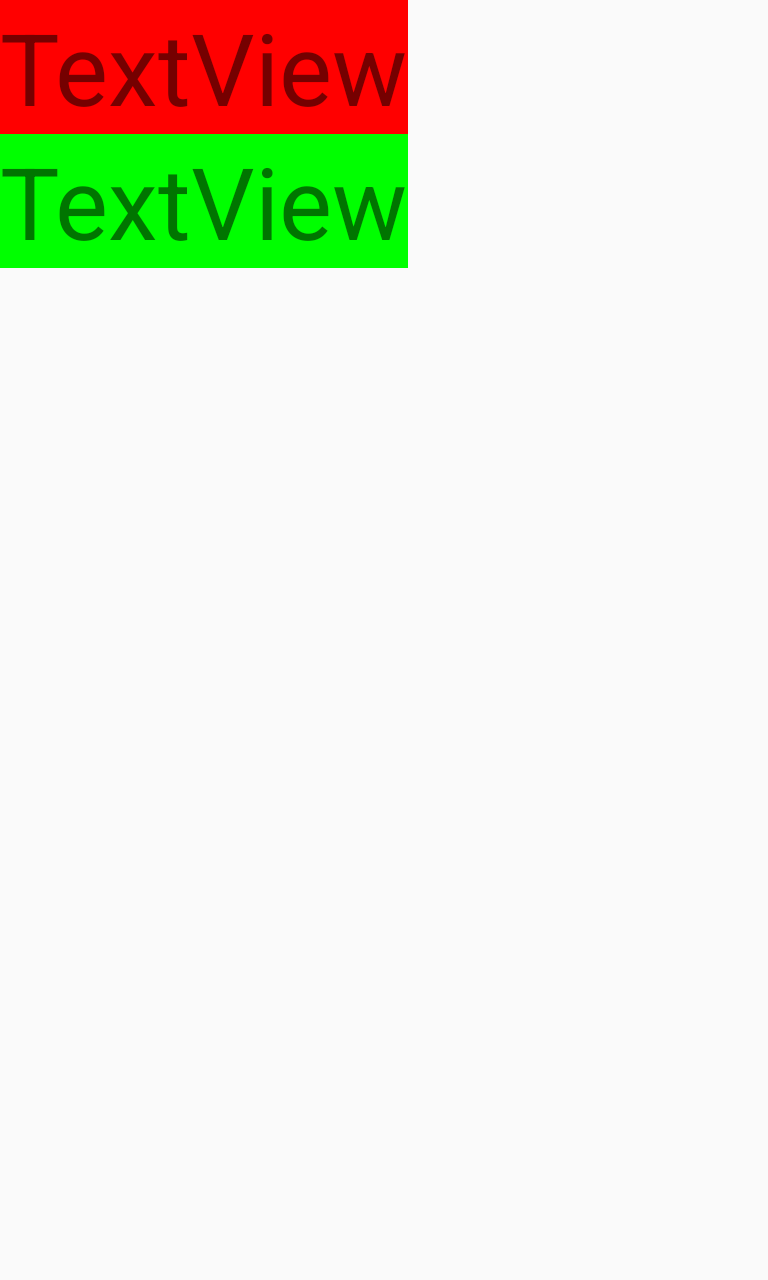
Repository: anqiongdy/androidworkspace
Layout: Layout/res/layout/first_layout.xml
These files come from the project's save history. The layout is drawn as it stood at one moment and after the next save; the edit follows.
It is drawn on a 768 x 1280 px phone screen (xhdpi) without system bars, with theme AppTheme; the app's code is not run.

Above is the layout before, as saved 2014-05-03 13:55:19.

### Layout/res/layout/first_layout.xml
<?xml version="1.0" encoding="utf-8"?>
<LinearLayout xmlns:android="http://schemas.android.com/apk/res/android"
    android:layout_width="match_parent"
    android:layout_height="match_parent"
    android:orientation="vertical" >
    <TextView
        android:layout_width="wrap_content"
        android:layout_height="wrap_content"
        android:background="#FF0000"
        android:textSize="50dp"
        android:text="TextView"/>

        <TextView
        android:layout_width="wrap_content"
        android:layout_height="wrap_content"
        android:background="#00FF00"
        android:textSize="50sp"
        android:text="TextView"/>

</LinearLayout>

Loaded but not shown: Layout/res/values/styles.xml (common file); Layout/res/values-v11/styles.xml (common file); Layout/res/values-v14/styles.xml (common file)

After the next save:
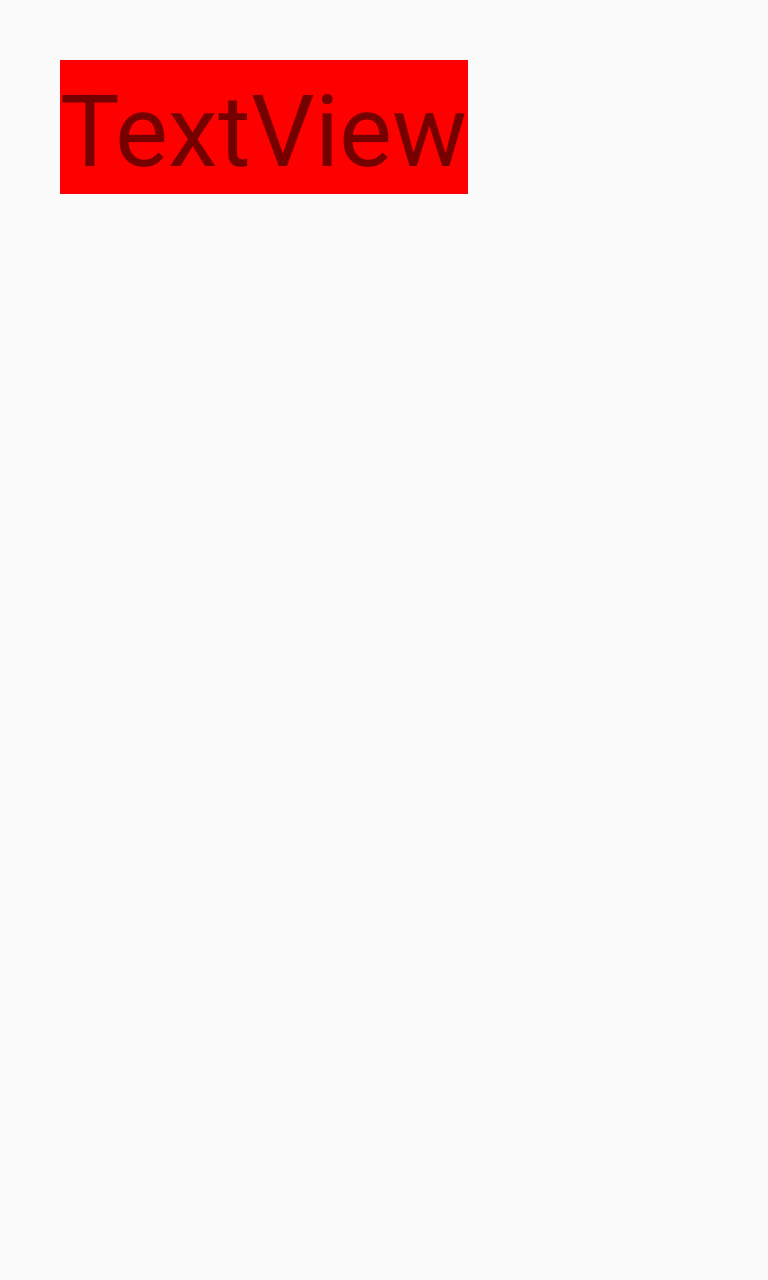
Saved 5 min 48 s later.
--- a/Layout/res/layout/first_layout.xml
+++ b/Layout/res/layout/first_layout.xml
@@ -7,14 +7,15 @@
         android:layout_width="wrap_content"
         android:layout_height="wrap_content"
         android:background="#FF0000"
+        android:layout_margin="30dp"
         android:textSize="50dp"
         android:text="TextView"/>
-
+<!--
         <TextView
         android:layout_width="wrap_content"
         android:layout_height="wrap_content"
         android:background="#00FF00"
         android:textSize="50sp"
-        android:text="TextView"/>
+        android:text="TextView"/> -->
 
 </LinearLayout>
